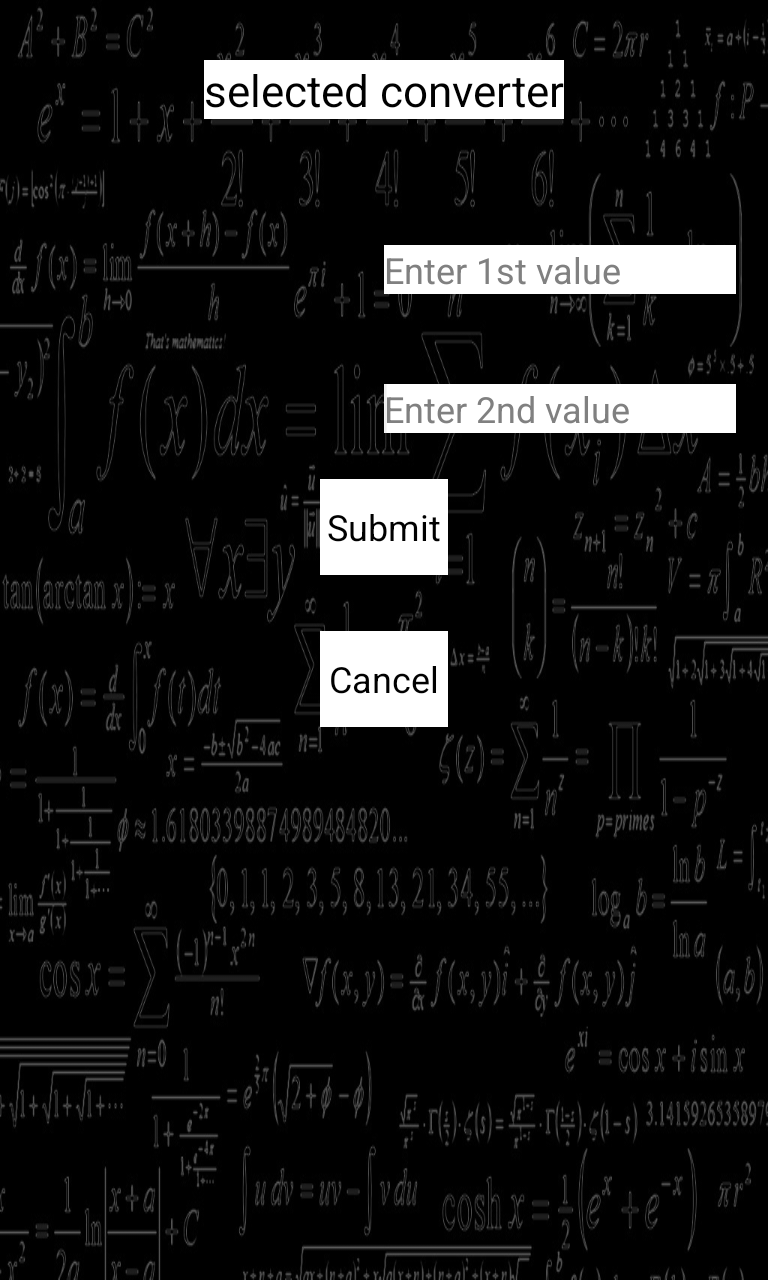
Repository: priyankaaj/practiced-apps
Layout: newProject/res/layout/activity_main.xml
An editor plug-in stored every save of this project. The layout is shown before and after the next save, followed by the edit.
It is drawn on a 768 x 1280 px phone screen (xhdpi) without system bars, with theme AppTheme; the app's code is not run.

Above is the layout before, as saved 2015-09-28 17:52:33.

### newProject/res/layout/activity_main.xml
<RelativeLayout xmlns:android="http://schemas.android.com/apk/res/android"
    xmlns:tools="http://schemas.android.com/tools"
    android:layout_width="match_parent"
    android:layout_height="match_parent"
    android:background="@drawable/maths_wallpaper"
    android:paddingBottom="@dimen/activity_vertical_margin"
    android:paddingLeft="@dimen/activity_horizontal_margin"
    android:paddingRight="@dimen/activity_horizontal_margin"
    android:paddingTop="@dimen/activity_vertical_margin"
    tools:context=".MainActivity" >

    <TextView
        android:id="@+id/selectedconverter"
        android:layout_width="wrap_content"
        android:layout_height="wrap_content"
        android:layout_alignParentTop="true"
        android:layout_centerHorizontal="true"
        android:layout_marginTop="14dp"
        android:text="selected converter"
        android:background="#ffffff"
        android:textColor="#000000"
        android:textAppearance="?android:attr/textAppearanceLarge" />

    <Spinner
        android:id="@+id/spinnerconvertoptions"
        android:layout_width="wrap_content"
        android:layout_height="wrap_content"
        android:layout_below="@+id/selectedconverter"
        android:layout_centerHorizontal="true"
        android:background="#ffffff"
        android:textColor="#000000"
        android:layout_marginTop="19dp" />

    <EditText
        android:id="@+id/entvalue1"
        android:layout_width="wrap_content"
        android:layout_height="wrap_content"
        android:layout_alignLeft="@+id/spinnerconvertoptions"
        android:layout_below="@+id/spinnerconvertoptions"
        android:layout_marginTop="44dp"
        android:background="#ffffff"
        android:textColor="#000000"
        android:ems="10"
        android:hint="Enter 1st value"/>

    <EditText
        android:id="@+id/entvalue2"
        android:layout_width="wrap_content"
        android:layout_height="wrap_content"
        android:layout_alignLeft="@+id/entvalue1"
        android:layout_below="@+id/entvalue1"
        android:layout_marginTop="45dp"
		android:background="#ffffff"
        android:textColor="#000000"
        android:ems="10"
        android:hint="Enter 2nd value" >

        <requestFocus />
    </EditText>

    <Button
        android:id="@+id/buttonsubmit"
        android:layout_width="wrap_content"
        android:layout_height="wrap_content"
        android:layout_below="@+id/entvalue2"
        android:layout_centerHorizontal="true"
        android:layout_marginTop="23dp"
        android:background="#ffffff"
        android:text="Submit"
        android:textColor="#000000" />

    <Button
        android:id="@+id/buttoncancel"
        android:layout_width="wrap_content"
        android:layout_height="wrap_content"
        android:layout_alignLeft="@+id/buttonsubmit"
        android:layout_below="@+id/buttonsubmit"
        android:layout_marginTop="28dp"
        android:background="#ffffff"
        android:text="Cancel"
        android:textColor="#000000" />

</RelativeLayout>

Loaded but not shown: newProject/res/values/styles.xml (common file); newProject/res/values-v11/styles.xml (common file); newProject/res/values-v14/styles.xml (common file); newProject/res/values/dimens.xml (common file)

After the next save:
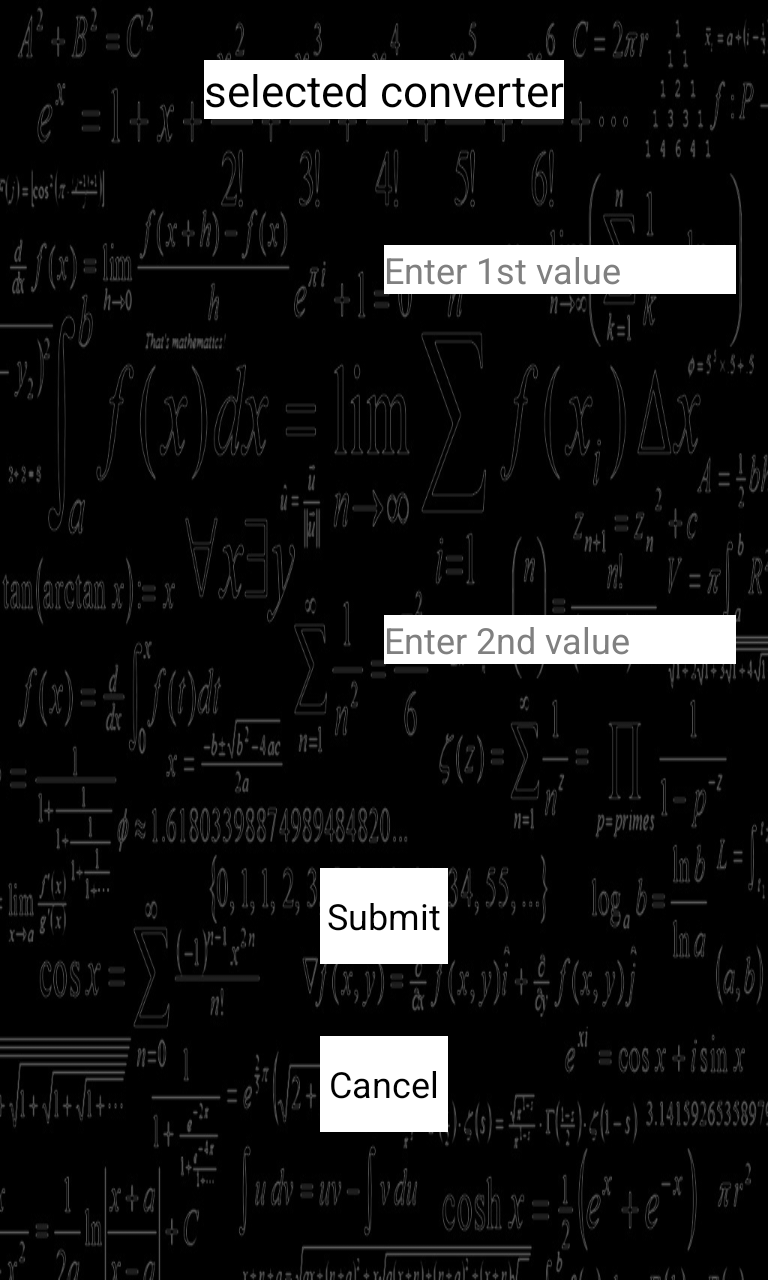
Saved 14 min 57 s later.
--- a/newProject/res/layout/activity_main.xml
+++ b/newProject/res/layout/activity_main.xml
@@ -48,25 +48,10 @@
         android:layout_width="wrap_content"
         android:layout_height="wrap_content"
         android:layout_alignLeft="@+id/entvalue1"
-        android:layout_below="@+id/entvalue1"
-        android:layout_marginTop="45dp"
-		android:background="#ffffff"
-        android:textColor="#000000"
+        android:layout_centerVertical="true"
+        android:background="#ffffff"
         android:ems="10"
-        android:hint="Enter 2nd value" >
-
-        <requestFocus />
-    </EditText>
-
-    <Button
-        android:id="@+id/buttonsubmit"
-        android:layout_width="wrap_content"
-        android:layout_height="wrap_content"
-        android:layout_below="@+id/entvalue2"
-        android:layout_centerHorizontal="true"
-        android:layout_marginTop="23dp"
-        android:background="#ffffff"
-        android:text="Submit"
+        android:hint="Enter 2nd value"
         android:textColor="#000000" />
 
     <Button
@@ -74,10 +59,21 @@
         android:layout_width="wrap_content"
         android:layout_height="wrap_content"
         android:layout_alignLeft="@+id/buttonsubmit"
-        android:layout_below="@+id/buttonsubmit"
-        android:layout_marginTop="28dp"
+        android:layout_alignParentBottom="true"
+        android:layout_marginBottom="58dp"
         android:background="#ffffff"
         android:text="Cancel"
         android:textColor="#000000" />
 
+    <Button
+        android:id="@+id/buttonsubmit"
+        android:layout_width="wrap_content"
+        android:layout_height="wrap_content"
+        android:layout_above="@+id/buttoncancel"
+        android:layout_centerHorizontal="true"
+        android:layout_marginBottom="36dp"
+        android:background="#ffffff"
+        android:text="Submit"
+        android:textColor="#000000" />
+
 </RelativeLayout>
